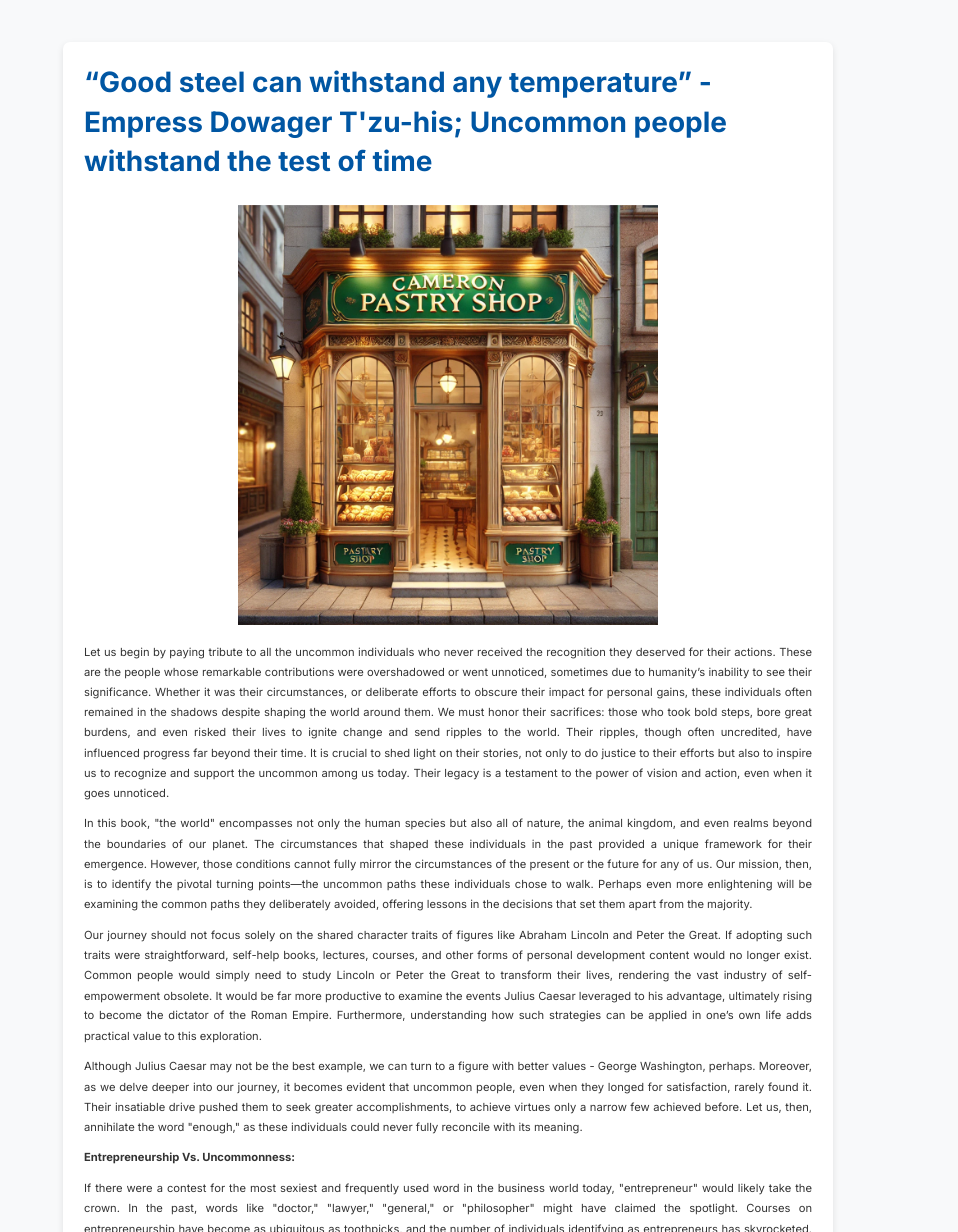
Repository: AvivGranot/Uncommon-Website
Page: Assets/Posts/post2.html
The author's editor kept a copy of each file at every save. The page is drawn from the files as they stood at one save, then again after the next save.
The browser window is 1280 px wide. The page is 1280 px wide, then 1368 px, then 1280 px, so the pictures cover 1368 px, including what lies to the right of the window. The pictures show the part of the page from y = 0 to 1760 px (the page is 2848 px tall), at 70% of full size.

Above is the page before, as saved 2025-01-10 00:11:58.

After the next save:
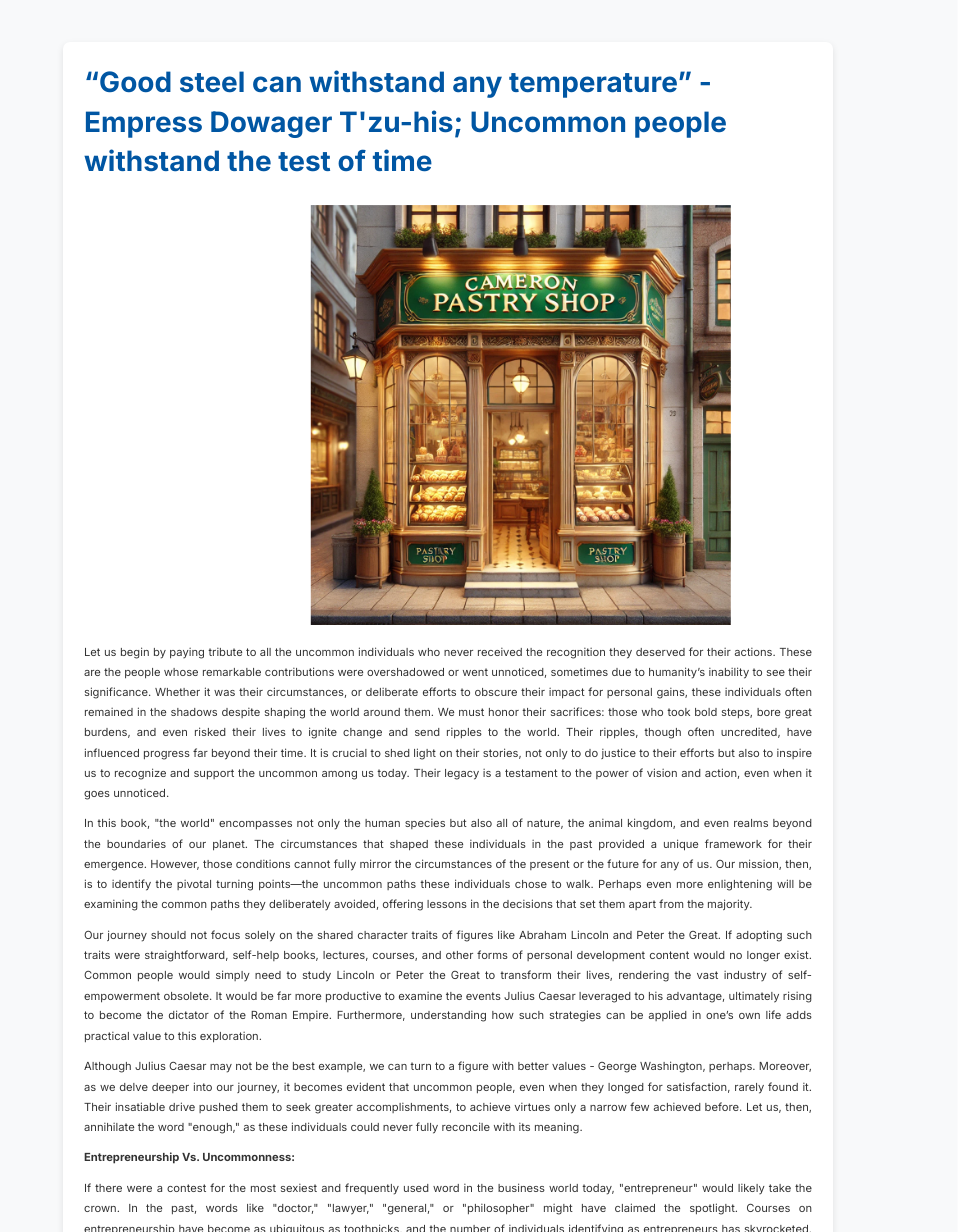
Saved 8 s later.
--- a/Assets/Posts/post2.html
+++ b/Assets/Posts/post2.html
@@ -43,7 +43,7 @@
         }
 
         .image {
-    width: 100%; /* Fills the entire container width */
+    width: 120%; /* Fills the entire container width */
     max-width: none; /* Removes maximum width restriction */
     height: auto; /* Automatically adjusts height proportionally */
     max-height: 600px; /* Keeps height capped for balance */

After the save that followed:
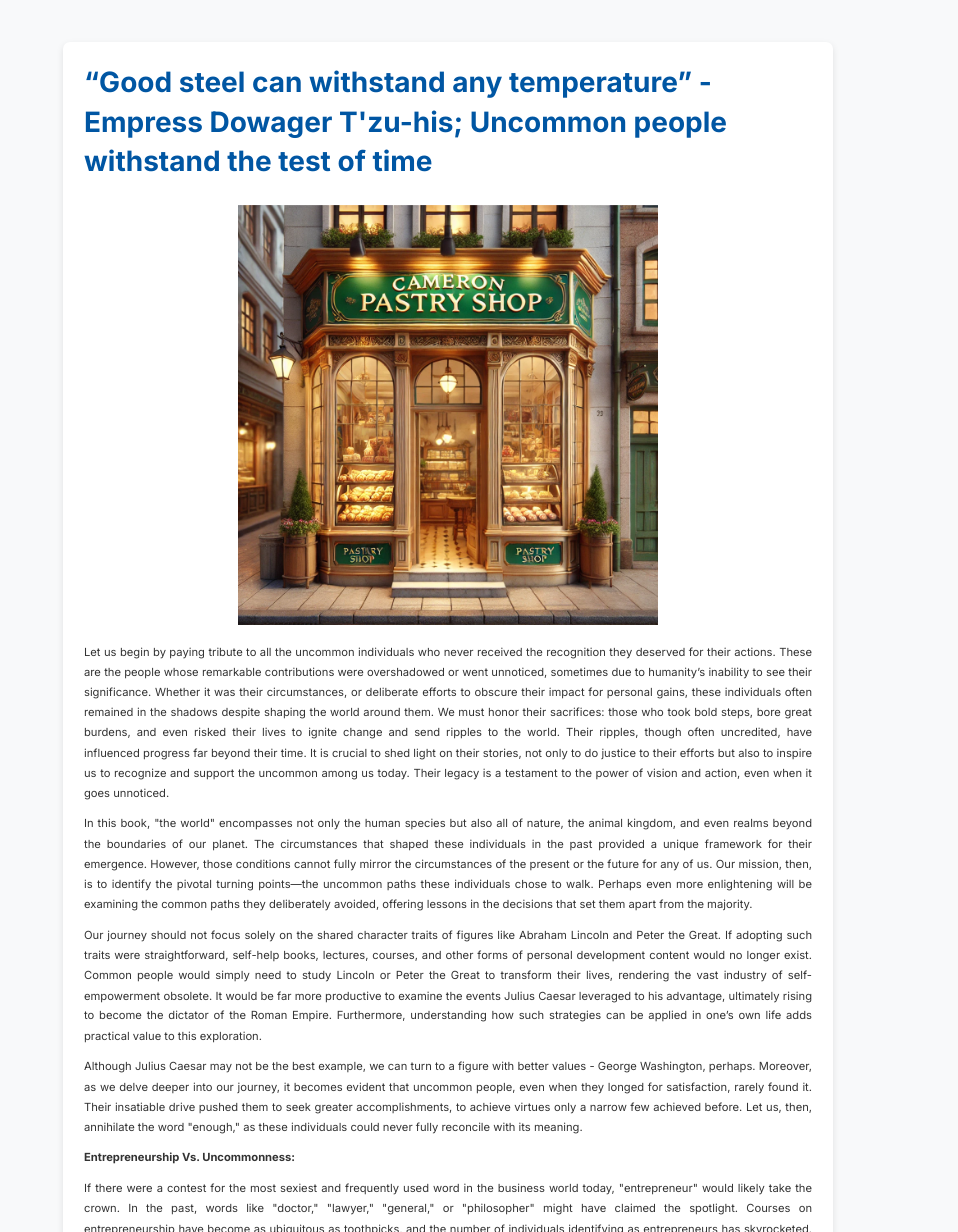
Saved 7 min 44 s later.
--- a/Assets/Posts/post2.html
+++ b/Assets/Posts/post2.html
@@ -43,7 +43,7 @@
         }
 
         .image {
-    width: 120%; /* Fills the entire container width */
+    width: 100%; /* Fills the entire container width */
     max-width: none; /* Removes maximum width restriction */
     height: auto; /* Automatically adjusts height proportionally */
     max-height: 600px; /* Keeps height capped for balance */
